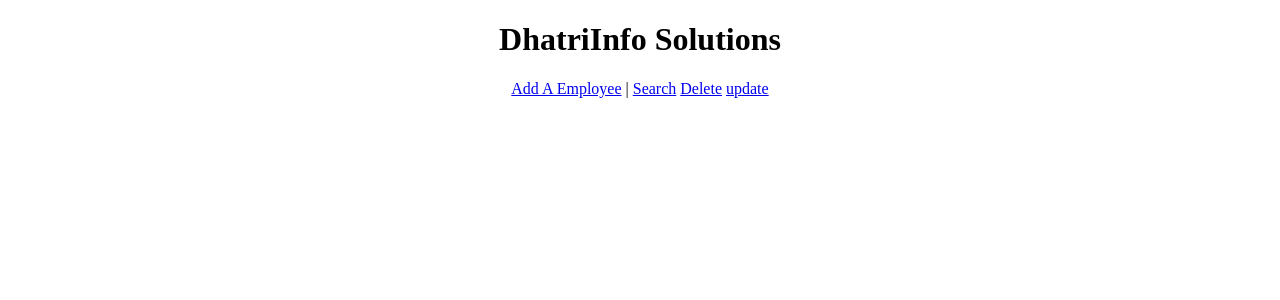
Repository: sravaninallapati1/java1
Page: JSP/WebContent/index.html
The author's editor kept a copy of each file at every save. The page is drawn from the files as they stood at one save, then again after the next save.
The browser window is 1280 px wide. The pictures show the whole page.

Above is the page before, as saved 2016-12-20 17:04:48.

### JSP/WebContent/index.html
<!DOCTYPE html>
<html>
<head>
<meta charset="ISO-8859-1">
<title>Insert title here</title>
</head>
<body>
<div align="center">
<h1>DhatriInfo Solutions</h1>
<!-- <form action="sampleServlet" method="post">
Enter Your name<input type="text" name="userName">

<input type="submit" value="Go">

</form> -->

<a href="Reg.jsp">Add A Employee</a> |
<a href="Search.jsp">Search</a>
<a href="delete.jsp">Delete</a>
<a href="update.jsp">update</a>
</div>

</body>
</html>

After the next save:
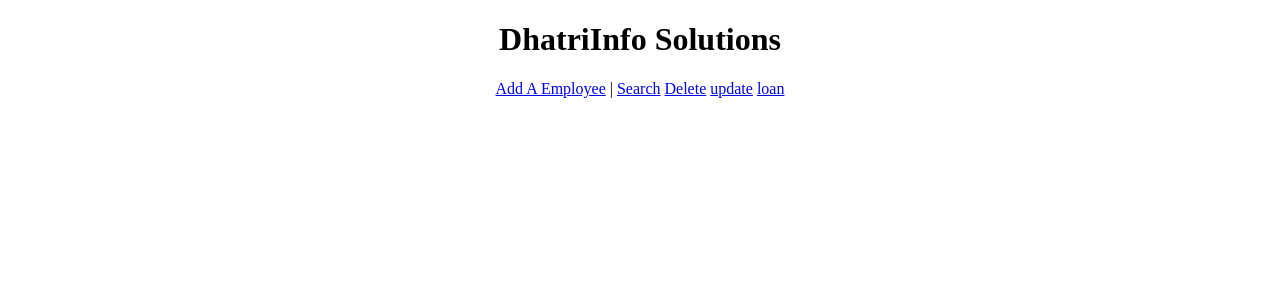
Saved 80 s later.
--- a/JSP/WebContent/index.html
+++ b/JSP/WebContent/index.html
@@ -18,7 +18,7 @@ Enter Your name<input type="text" name="userName">
 <a href="Search.jsp">Search</a>
 <a href="delete.jsp">Delete</a>
 <a href="update.jsp">update</a>
-</div>
+<a href="loan.jsp">loan</a>
 
 </body>
 </html>
